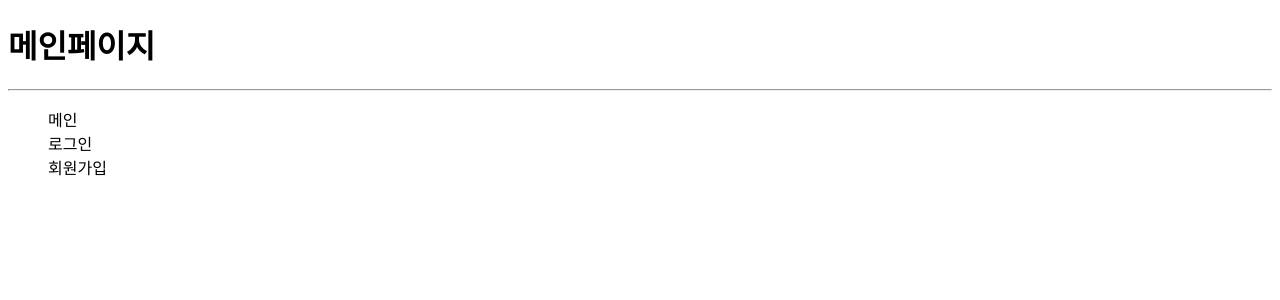
Repository: codingspecialist/jsp-weekend
Page: http://localhost/cos/main.jsp
An editor plug-in stored every save of this project. The page is shown before and after the next save, followed by the edit.
The browser window is 1280 px wide. The pictures show the whole page.
The page is served by Tomcat 9.

Above is the page before, as saved 2020-08-22 02:33:00.

After the next save:
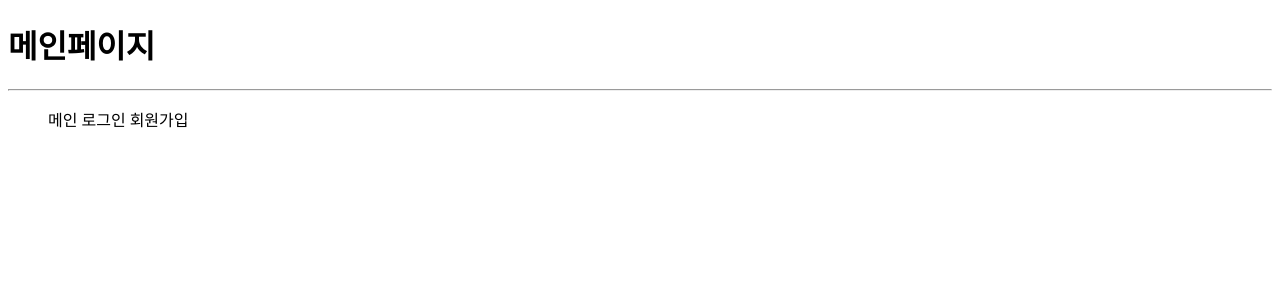
Saved 49 s later.
--- a/cos/WebContent/main.jsp
+++ b/cos/WebContent/main.jsp
@@ -7,7 +7,7 @@
 <title>메인페이지</title>
 <style>
 	li {
-		display: block;
+		display: inline-block;
 	}
 </style>
 </head>

After the save that followed:
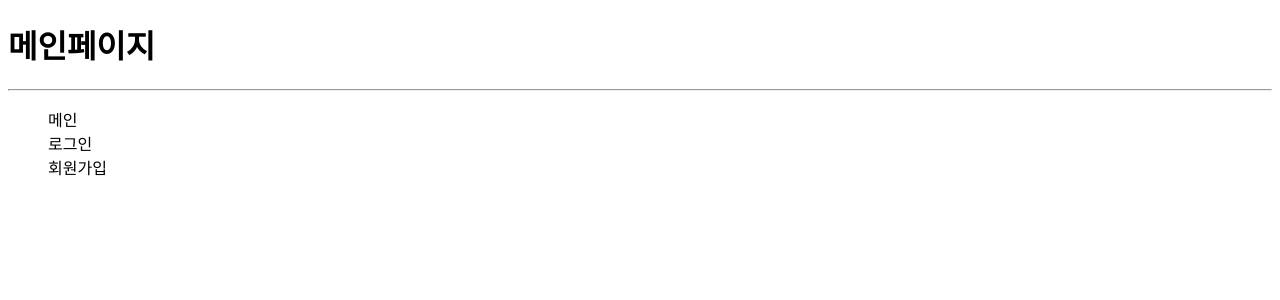
Saved 79 s later.
--- a/cos/WebContent/main.jsp
+++ b/cos/WebContent/main.jsp
@@ -7,7 +7,7 @@
 <title>메인페이지</title>
 <style>
 	li {
-		display: inline-block;
+		display: block;
 	}
 </style>
 </head>
